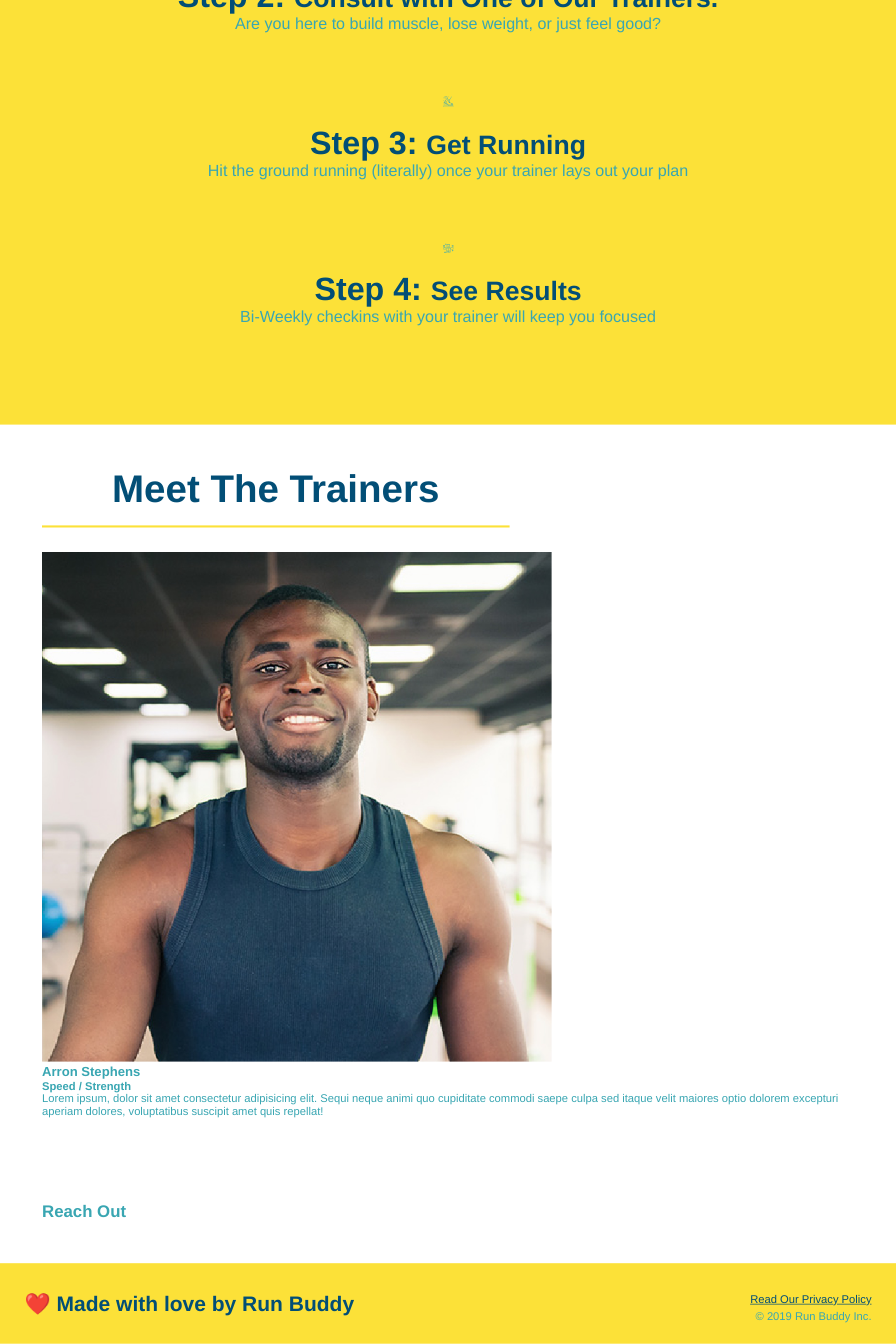
Repository: symlara/run-buddy
Page: index.html
These files come from the project's save history. The page is drawn as it stood at one moment and after the next save; the edit follows.
The browser window is 1280 px wide. The pictures show the part of the page from y = 1651 to 3571 px (the page is 3571 px tall), at 70% of full size.

Above is the page before, as saved 2020-12-10 13:51:47.

After the next save:
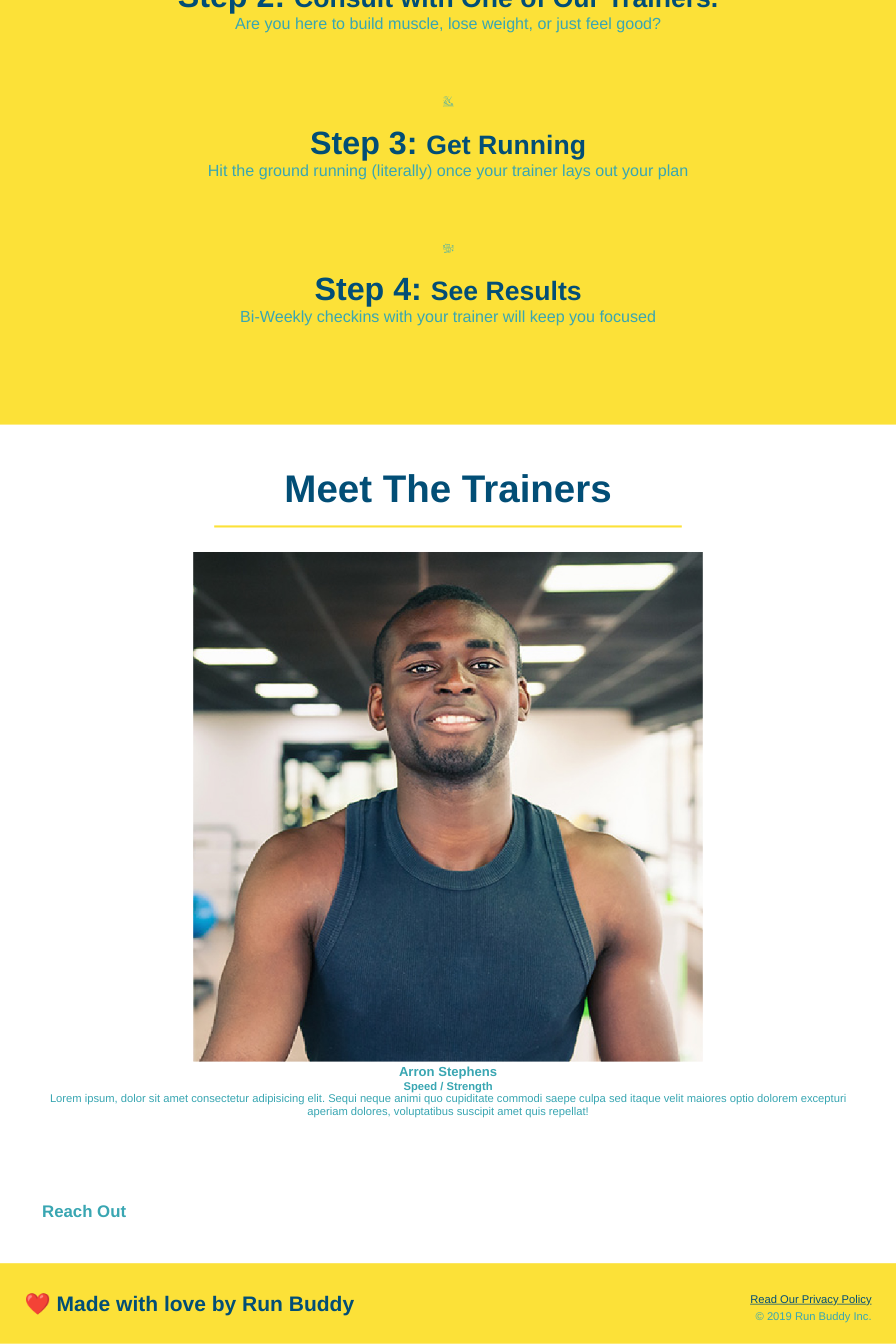
Saved 3 min 41 s later.
--- a/index.html
+++ b/index.html
@@ -109,7 +109,7 @@
         </section>
 
         <!-- "meet the trainers" section -->
-        <section id="your-trainers" class="your-trainers">
+        <section id="your-trainers" class="trainers">
             <h2 class="section-title primary-border">Meet The Trainers
 
             </h2>
